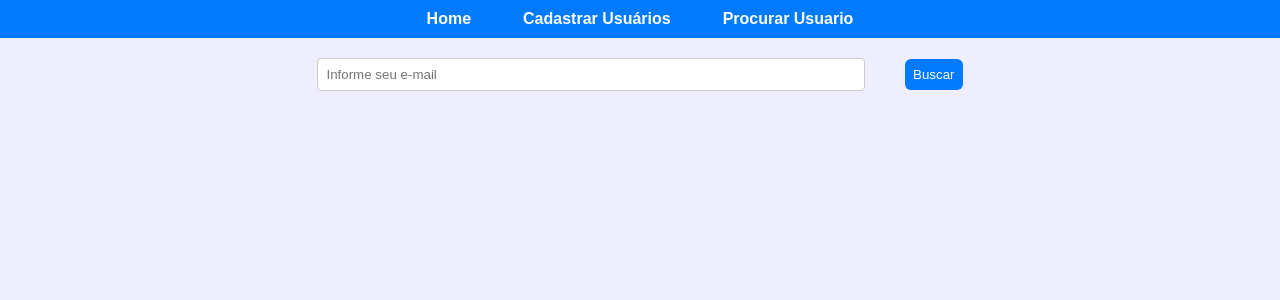
Repository: diegoeiti/Logica-Programacao
Page: http://localhost/paginas/verificarUsuario.php
The author's editor kept a copy of each file at every save. The page is drawn from the files as they stood at one save, then again after a run of saves.
The browser window is 1280 px wide. The pictures show the whole page.
The page is run by PHP 8.4 with error messages shown; the project is at /var/www/html/.

Above is the page before, as saved 2025-10-31 10:13:50.

After the next 2 saves:
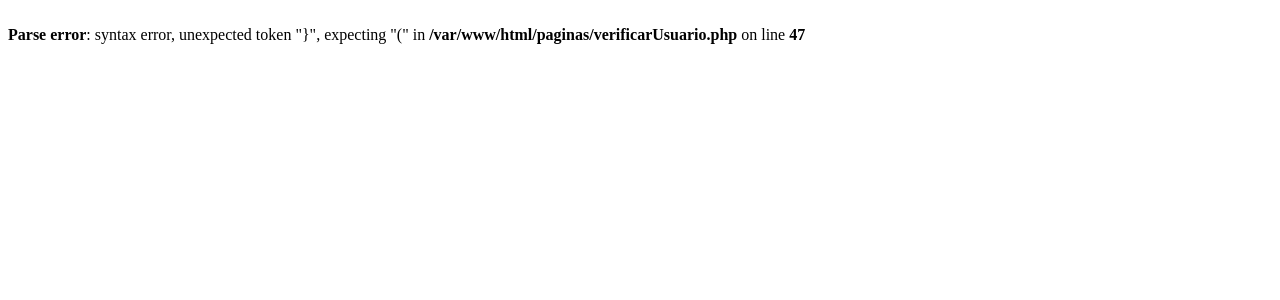
The 2 saves are shown as one change because they came seconds apart.
The last was saved 7 s later.
--- a/Modulo 3 - PHP/Aula 20 CRUDalunos/paginas/verificarUsuario.php
+++ b/Modulo 3 - PHP/Aula 20 CRUDalunos/paginas/verificarUsuario.php
@@ -41,9 +41,9 @@
                         $stmt->bind_param("s", $email);
                         $stmt->execute();
                         $resultado = $stmt->get->result();
-                        echo $resultado;
 
 
+                        if
                     }
 
 
